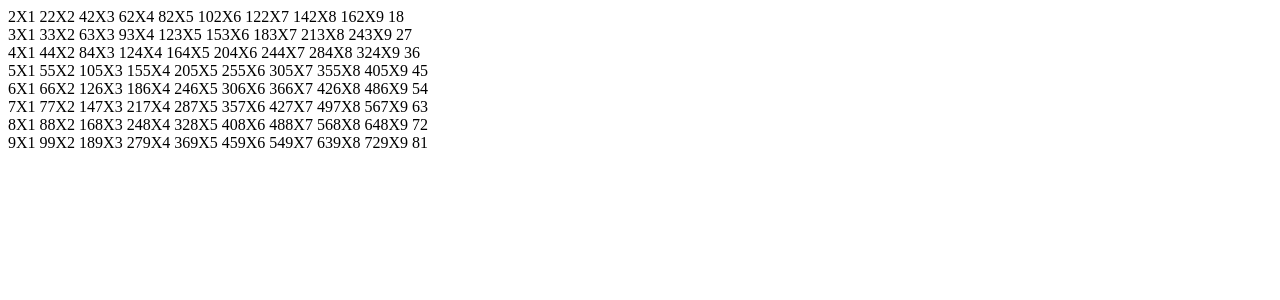
Repository: kkj68106810-dot/jsp2026
Page: http://localhost/chapter01/test02.jsp
An editor plug-in stored every save of this project. The page is shown before and after the next save, followed by the edit.
The browser window is 1280 px wide. The pictures show the whole page.
The page is served by Tomcat 9.

Above is the page before, as saved 2026-10-16 02:25:26.

After the next save:
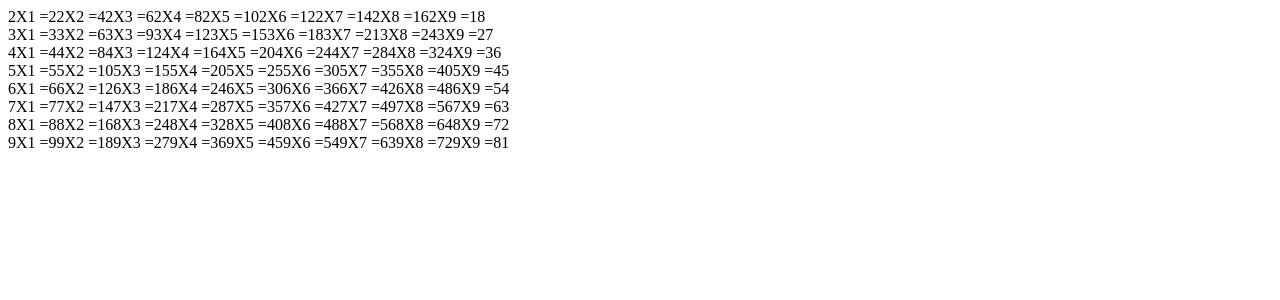
Saved 11 s later.
--- a/chapter01/src/main/webapp/test02.jsp
+++ b/chapter01/src/main/webapp/test02.jsp
@@ -13,7 +13,7 @@
 	String printStr = "";
 	for(int i = 2; i <10; i++) {
 		for(int j = 1; j<10; j++) {
-			printStr += i + "X" + j + " ";
+			printStr += i + "X" + j + " =";
 			printStr += i*j;
 			if(j == 9) {
 				printStr += "<br>";
